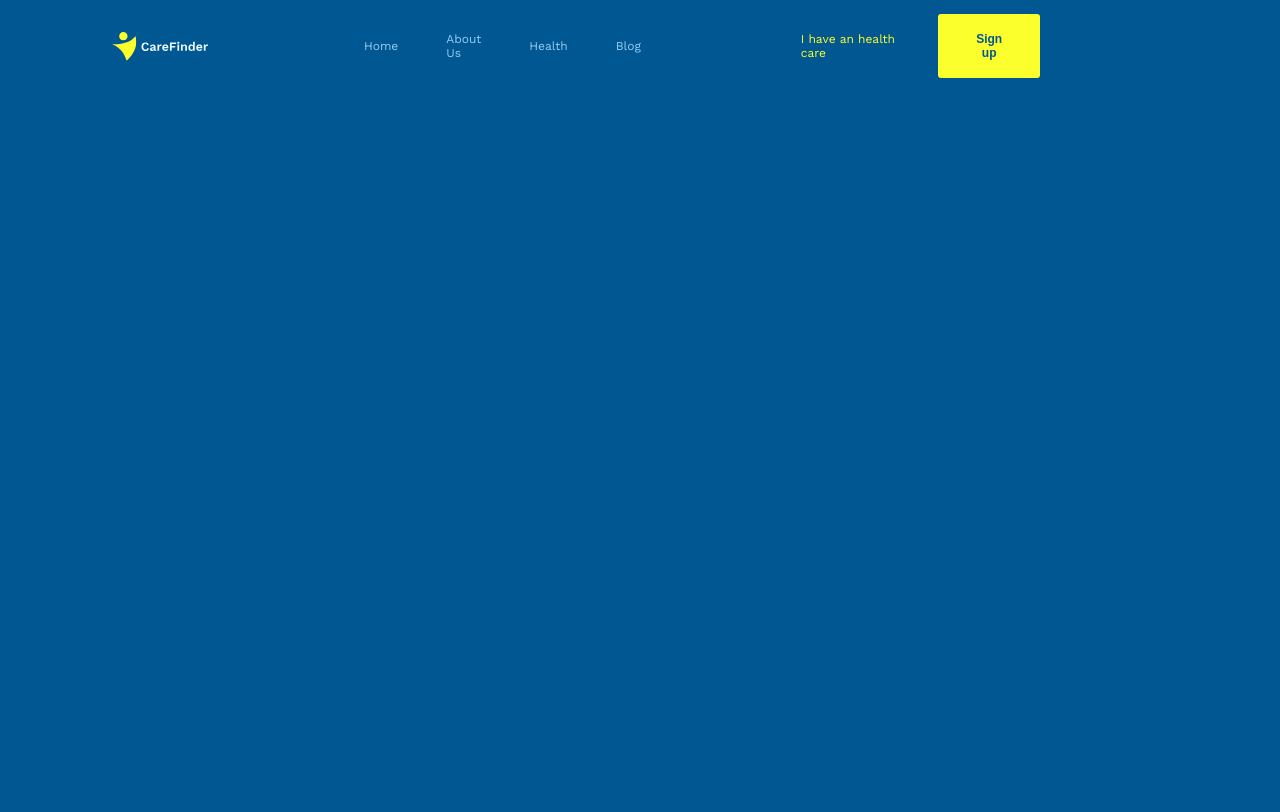
Repository: PreciousOritsedere/Carefinder-App
Page: /
An editor plug-in stored every save of this project. The page is shown before and after a run of saves, followed by the edit.
The browser window is 1280 px wide. The pictures show the whole page.
The project was rebuilt for these pictures with package versions that can differ from the ones it lists, and the page was loaded fresh each time. The framework's server and built-in components were replaced by stand-ins that run in the browser. Also part of the build but not shown: next.config.js, src/Components/Nav_Menu/NavMenu.js.

Above is the page before, as saved 2023-06-12 19:49:18.

After the next 2 saves:
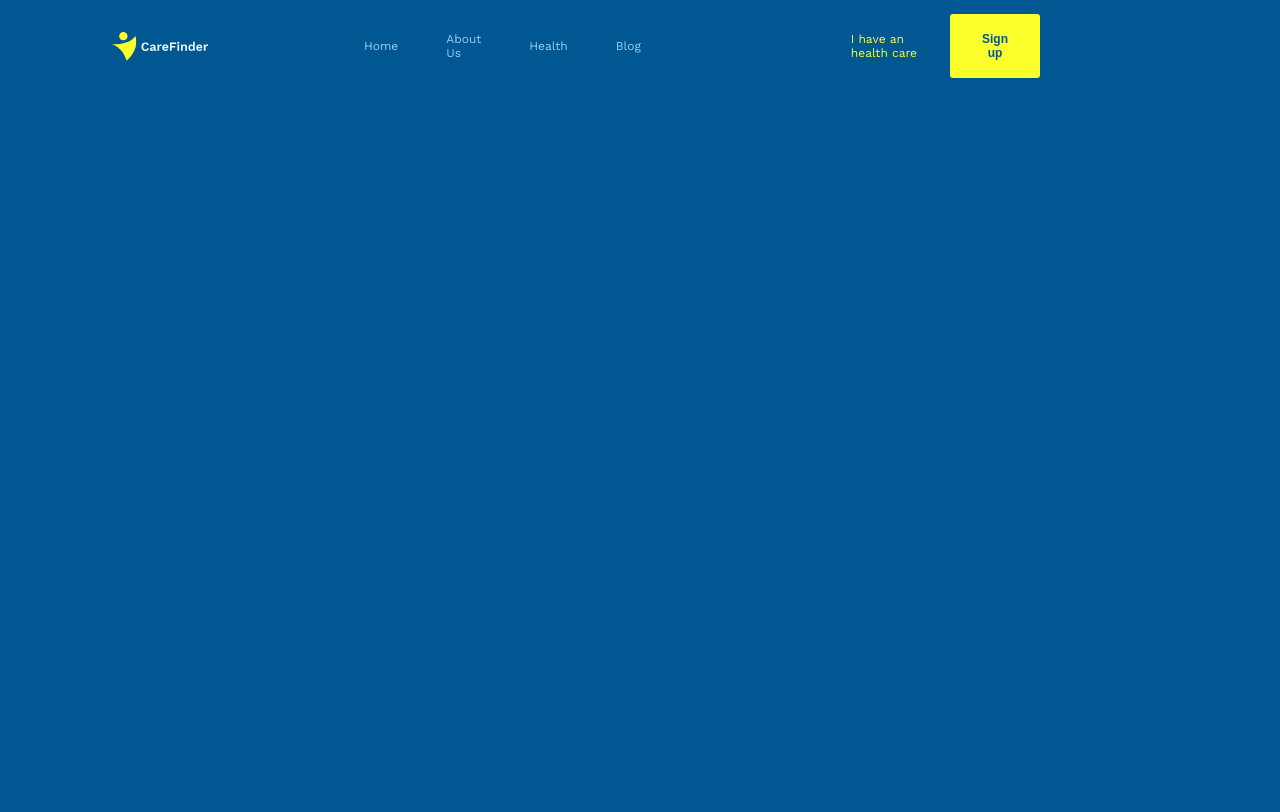
The 2 saves are shown as one change because they came seconds apart.
The last was saved 22 s later.
--- a/src/Components/Nav/Nav.module.css
+++ b/src/Components/Nav/Nav.module.css
@@ -76,7 +76,7 @@
     align-items: center;
     justify-content: flex-end;
     /* justify-content: space-between; */
-    gap: 136px;
+    gap: 186px;
   }
 
   .hamburger {

After the save that followed:
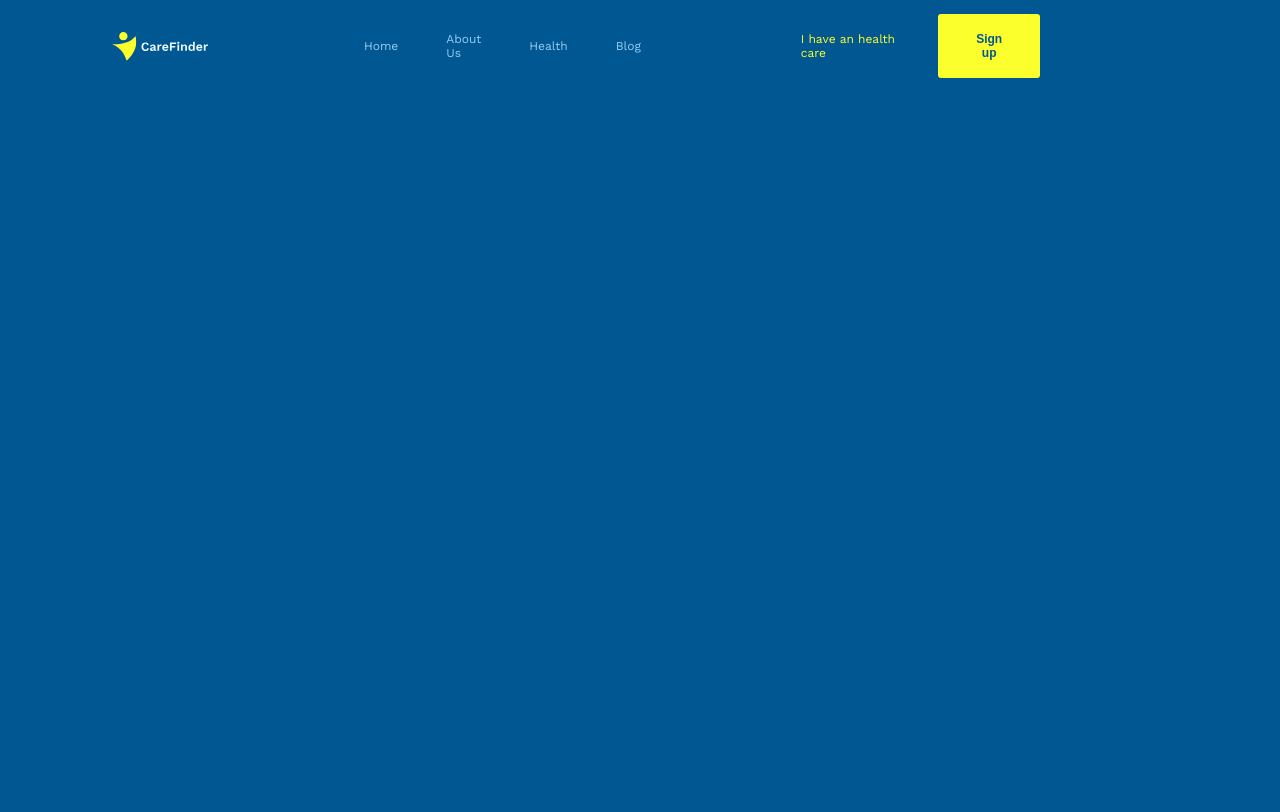
Saved 14 s later.
--- a/src/Components/Nav/Nav.module.css
+++ b/src/Components/Nav/Nav.module.css
@@ -76,7 +76,7 @@
     align-items: center;
     justify-content: flex-end;
     /* justify-content: space-between; */
-    gap: 186px;
+    gap: 136px;
   }
 
   .hamburger {
